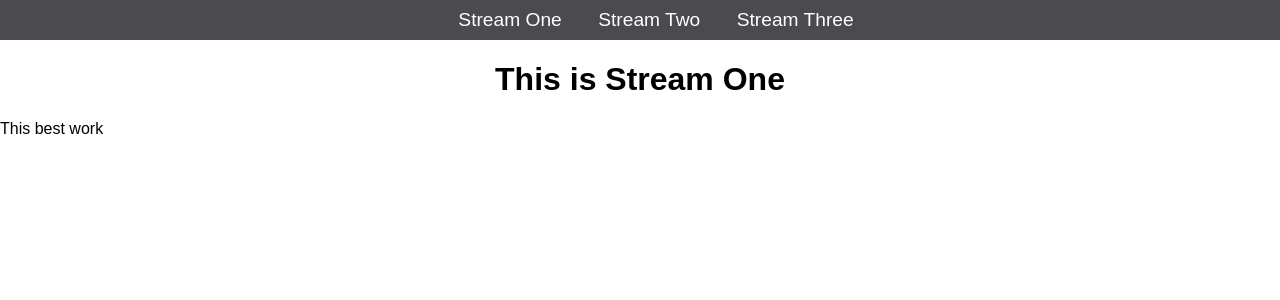
Repository: LiamB123/FirstWebsite
Page: Stream-One.html
The author's editor kept a record of every edit. The page is drawn from the files as they stood at one moment, then again after the next edit.
The browser window is 1280 px wide. The pictures show the whole page.

Above is the page before.

### Stream-One.html
<!DOCTYPE html>
<html>

<head>
    <link rel="stylesheet" href="css/style.css" type="text/css" />

    </style>

</head>
    <body>
       <nav>
        <ul>
            <li><a href="Stream-One.html">Stream One</a></li>
            <li><a href="Stream-Two.html">Stream Two</a></li>
            <li><a href="Stream-Three.html">Stream Three</a></li>
        </ul>
        </nav>

    <h1> This is Stream One</h1>

    <p> This best work </p>

    </body>
</html>

### css/style.css


body { margin:0; padding:0; font-family: "oswald", sans-serif;}

nav ul { list-style: none;
        background-color:#4a4a4f;
    text-align:center;
    margin:0;
    padding:0;
}

nav li { font-size:1.2em ;
    line-height: 40px;
    Height: 40px;
    display:inline-block;
    margin-left:2.5%;
}

nav a {text-decoration:none;
color:#ffffff;
display:block;}

nav a:hover{ background-color: #ffffff;
color:#4a4a4f;}

.card
    { float:left;
    width:20%;
    margin-left: 10%;
    }

card a { text-align: center;}

img { width: 100%;}

h1 { text-align: center;}

After the next edit:
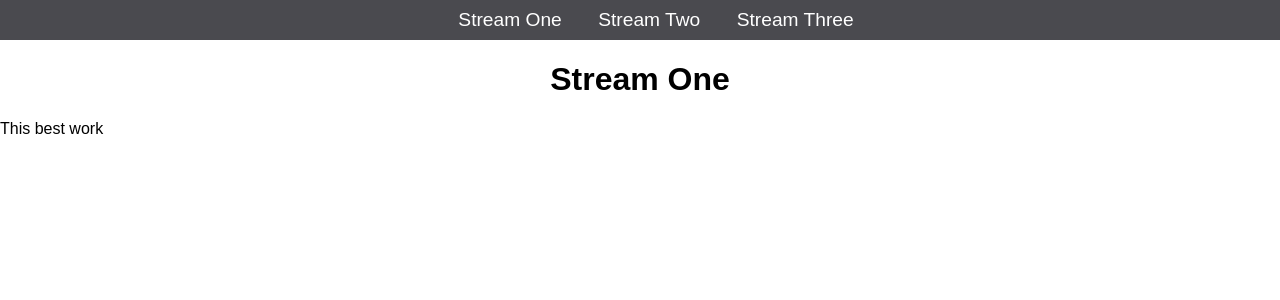
The edit:
--- a/Stream-One.html
+++ b/Stream-One.html
@@ -16,7 +16,7 @@
         </ul>
         </nav>
 
-    <h1> This is Stream One</h1>
+    <h1>Stream One</h1>
 
     <p> This best work </p>
 
